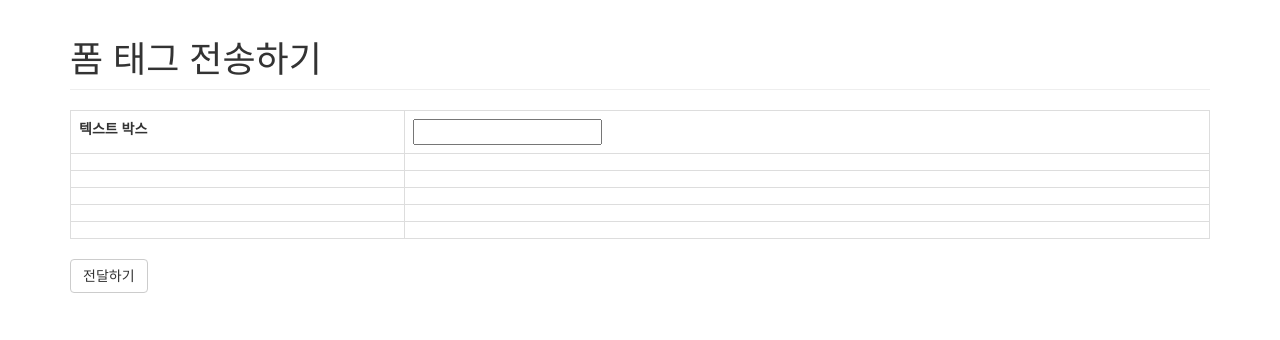
Repository: kimgyuseok/Server
Page: http://localhost/JSPTest/ex04.jsp
The author's editor kept a copy of each file at every save. The page is drawn from the files as they stood at one save, then again after the next save.
The browser window is 1280 px wide. The pictures show the whole page.
The page is served by Tomcat 9.

Above is the page before, as saved 2022-01-06 03:35:52.

### JSPTest/src/main/webapp/ex04.jsp

<%@ page language="java" contentType="text/html; charset=UTF-8"
    pageEncoding="UTF-8"%>

<!DOCTYPE html>
<html>
<head>
<meta charset="UTF-8">
<title>Insert title here</title>
<%@ include file="/inc/asset.jsp" %>
</head>
<body>

	<div class="container">

		<h1 class="page-header">폼 태그 전송하기</h1>
		<form>
		<table class="table table-bordered">
			<tr>
				<th>텍스트 박스</th>
				<td><input type="text" name="txt1"></td>
			</tr>
			<tr>
				<th></th>
				<td></td>
			</tr>
			<tr>
				<th></th>
				<td></td>
			</tr>
			<tr>
				<th></th>
				<td></td>
			</tr>
			<tr>
				<th></th>
				<td></td>
			</tr>
			<tr>
				<th></th>
				<td></td>
			</tr>
		</table>

		<input type="submit" value="전달하기" class="btn btn-default">
		</form>
	</div>


</body>
</html>

### JSPTest/src/main/webapp/inc/asset.jsp
<%@ page language="java" contentType="text/html; charset=UTF-8"
    pageEncoding="UTF-8"%>
<!-- asset.jsp -->

<link rel="stylesheet" href="/jsp/asset/css/bootstrap.css">

<script src="/jsp/asset/js/jquery-1.12.4.js"></script>
<script src="/jsp/asset/js/bootstrap.js"></script>

Loaded but not shown: JSPTest/src/main/webapp/asset/css/bootstrap.css (library); JSPTest/src/main/webapp/asset/js/jquery-1.12.4.js (library); JSPTest/src/main/webapp/asset/js/bootstrap.js (library)

After the next save:
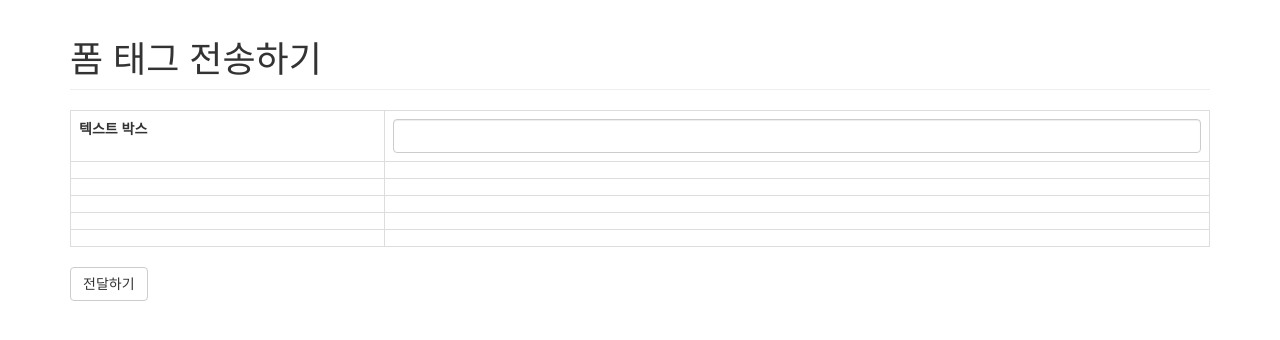
Saved 31 s later.
--- a/JSPTest/src/main/webapp/ex04.jsp
+++ b/JSPTest/src/main/webapp/ex04.jsp
@@ -18,7 +18,7 @@
 		<table class="table table-bordered">
 			<tr>
 				<th>텍스트 박스</th>
-				<td><input type="text" name="txt1"></td>
+				<td><input type="text" name="txt1" class="form-control"></td>
 			</tr>
 			<tr>
 				<th></th>
